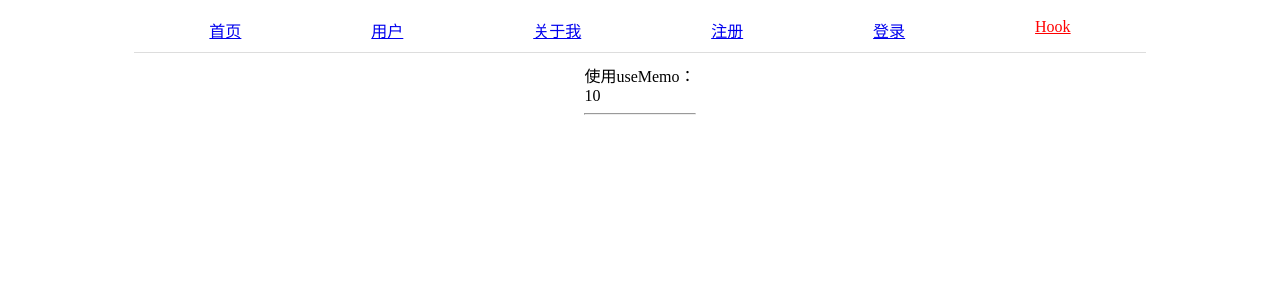
Repository: shellingfordly/js-library-Demo
Page: /hook (app in demo/react/demo/)
The author's editor kept a copy of each file at every save. The page is drawn from the files as they stood at one save, then again after the next save.
The browser window is 1280 px wide. The pictures show the whole page.
The project was rebuilt for these pictures with package versions that can differ from the ones it lists, and the page was loaded fresh each time. Also part of the build but not shown: demo/react/demo/src/views/home/components/UseReducer.js, demo/react/demo/src/views/home/components/SetTimeout.js, demo/react/demo/src/views/home/hook/context.js, demo/react/demo/src/views/home/components/context/useContext.js, demo/react/demo/src/views/home/components/context/contextType.js, demo/react/demo/src/views/home/components/context/consumer.js, demo/react/demo/src/views/home/utils/highComponent.js, demo/react/demo/src/views/home/Home.js and 12 more.

Above is the page before, as saved 2021-01-17 22:51:00.

### demo/react/demo/src/index.js
import React from 'react';
import ReactDOM from 'react-dom';
import './index.css';
import App from './App';
import reportWebVitals from './reportWebVitals';
import {BrowserRouter as Route} from 'react-router-dom'

ReactDOM.render(
  <React.StrictMode>
    <Route>
      <App />
    </Route>
  </React.StrictMode>,
  document.getElementById('root')
);

// If you want to start measuring performance in your app, pass a function
// to log results (for example: reportWebVitals(console.log))
// or send to an analytics endpoint. Learn more: https://bit.ly/CRA-vitals
reportWebVitals();

### demo/react/demo/src/App.js

import './App.scss'
import { Component } from 'react'
import { NavLink, Route, Switch, Redirect } from 'react-router-dom'
import Home from './views/home/Home'
import About from './views/about/About'
import Register from './views/Register'
import User from './views/User'
import Login from './views/Login'
import store from './store'
import { userLogout } from './store/actions'
import Hook from './views/HookComponent'

export default class App extends Component {

  state = {
    isShow: false
  }

  componentDidMount() {
    store.subscribe(() => {
      const data = store.getState()
      this.setState({ isShow: data.isLogin })
    })
  }

  logout = () => {
    store.dispatch(userLogout())
  }

  render() {

    return (
      <div className="app">
        <div className="nav">
          <NavLink to='/home'>首页</NavLink>
          <NavLink to='/user'>用户</NavLink>
          <NavLink to='/about'>关于我</NavLink>
          <NavLink to='/register'>注册</NavLink>
          <NavLink to='/login'>登录</NavLink>
          <NavLink to='/hook'>Hook</NavLink>
        </div>
        <div className="content">
          <Switch>
            <Route path="/home" component={Home}></Route>
            <Route path="/user" component={User}></Route>
            <Route path="/about" component={About}></Route>
            <Route path="/register" component={Register}></Route>
            <Route path="/login" component={Login}></Route>
            <Route path="/hook" component={Hook}></Route>
            <Redirect to="/login"></Redirect>
          </Switch>
        </div>
      </div>


    )
  }
};

### demo/react/demo/src/App.scss
.app {
  width: 80%;
  margin: auto;
  .nav {
    display: flex;
    justify-content: space-around;
    padding: 10px;
    border-bottom: 1px solid #ddd;

    .active {
      color: red;
    }
  }

  .content {
    padding: 10px;
    display: flex;
    justify-content: space-around;

    .login {
      .label {
        display: inline-block;
        width: 70px;
      }
      .btn {
        padding-top: 10px;
        text-align: center;

        button:first-child {
          margin-right: 10px;
        }
      }
    }
  }
}

.show {
  display: block;
}
.hide {
  display: none;
}

### demo/react/demo/src/store/index.js
import {createStore, applyMiddleware}  from 'redux'
import thunk from 'redux-thunk'
import  rootReducer from './combineReducer'

export default createStore(rootReducer, applyMiddleware(thunk))

### demo/react/demo/src/store/actions.js
export function saveUser(data){
  return {
    type: 'SAVE',
    data
  }
}

export function getUser(data){
  return {
    type: 'GET',
    data
  }
}

export function userLogin(){
  return {
    type: 'LOGIN',
  }
}

export function userLogout(){
  return {
    type: 'LOGOUT',
  }
}

### demo/react/demo/src/views/HookComponent/index.js

import { UseMemoComponent} from './components/useMemo'

export default function HookComponent(){
  return (
    <div>
      使用useMemo：<UseMemoComponent />
      <hr/>
      {/* 未使用：<useFunComponent/> */}
    </div>
  )
}

### demo/react/demo/src/store/combineReducer.js
import { combineReducers } from 'redux';

import * as reducer from './reducer';


const rootReducer = combineReducers({
  ...reducer
})

export default rootReducer;

### demo/react/demo/src/views/HookComponent/components/useMemo.js
import {useMemo, useState} from 'react'

export function  UseFunComponent (){
  const [len] = useState(5)

  function sum(){
    console.log("computed");
    let count = 0
    for (let i = 0; i < len; i++) {
      count+=i
    }
    return count
  }

  return (
    <div>
      {sum()}
    </div>
  )
}

export function  UseMemoComponent (){

  const [len] = useState(5)

  const sum =  useMemo(()=>{
    console.log("computed");
    let count = 0
    for (let i = 0; i < len; i++) {
      count+=i
    }
    return count
  }, [len])

  return (
    <div>
      {sum}
    </div>
  )
}

### demo/react/demo/src/store/reducer.js
const user_info = {
  username: '',
  password: '',
}

export function user(state = user_info, actions) {
  switch (actions.type) {
    case "SAVE":
      localStorage.setItem('user_info', JSON.stringify(actions.data))
      return { status: true, msg: '登录成功！' }
    case "GET":
      const hasUser = localStorage.getItem('user_info')
      if (hasUser) return { status: true, data: user, msg: '已登录！' }
      else return { status: false, msg: '未登录！' }
    default: return state
  }
}


export function isLogin(state = false, actions) {
  const hasUser = localStorage.getItem('user_info')
  switch (actions.type) {
    case "LOGIN":
      if (hasUser) return true
      else return false
    case "LOGOUT":
      if (hasUser) localStorage.removeItem('user_info')
      return false
    default: return state
  }
}

Loaded but not shown: demo/react/demo/public/index.html (common file); demo/react/demo/src/reportWebVitals.js (common file); demo/react/demo/src/index.css (no stored copy; drawn as an empty file)

After the next save:
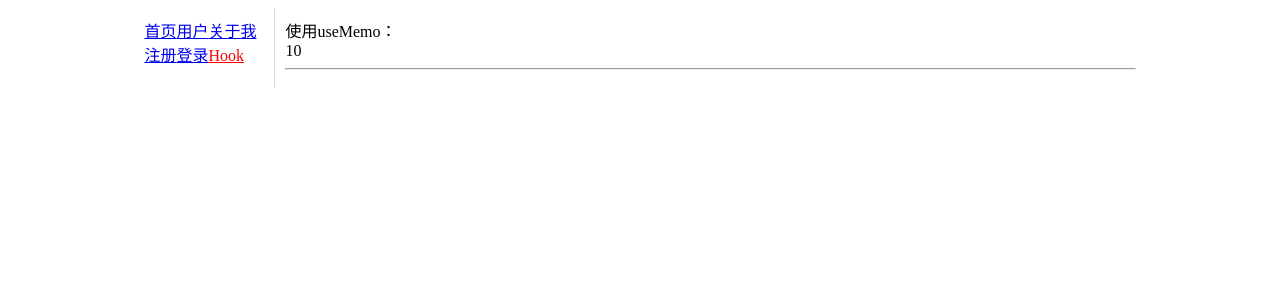
Saved 87 s later.
--- a/demo/react/demo/src/App.scss
+++ b/demo/react/demo/src/App.scss
@@ -1,11 +1,12 @@
 .app {
   width: 80%;
   margin: auto;
+  display: flex;
+
   .nav {
-    display: flex;
-    justify-content: space-around;
+    width: 120px;
     padding: 10px;
-    border-bottom: 1px solid #ddd;
+    border-right: 1px solid #ddd;
 
     .active {
       color: red;
@@ -13,9 +14,10 @@
   }
 
   .content {
+    flex:1;
     padding: 10px;
-    display: flex;
-    justify-content: space-around;
+    // display: flex;
+    // justify-content: space-around;
 
     .login {
       .label {
